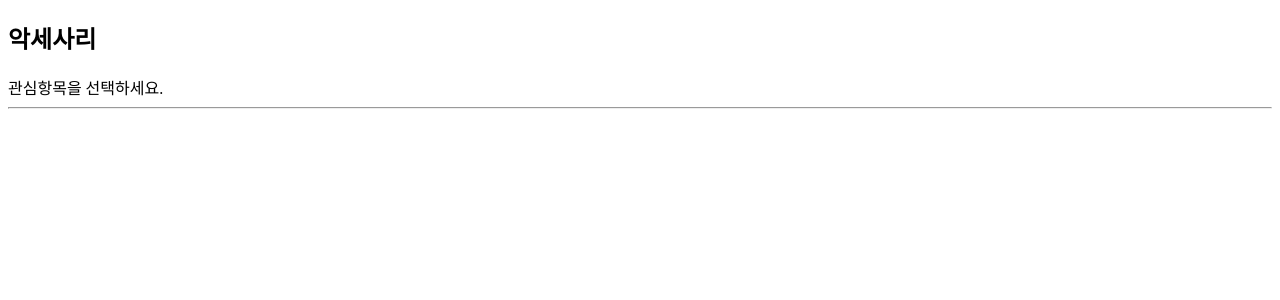
Repository: yjeongyjeong/jsp
Page: http://localhost/web-study-02/05_checkbox.jsp
The author's editor kept a copy of each file at every save. The page is drawn from the files as they stood at one save, then again after the next save.
The browser window is 1280 px wide. The pictures show the whole page.
The page is served by Tomcat 9. Other server files are loaded and not shown.

Above is the page before, as saved 2023-10-10 07:55:43.

### web-study-02/src/main/webapp/05_checkbox.jsp
<%@ page language="java" contentType="text/html; charset=UTF-8"
    pageEncoding="UTF-8"%>
<!DOCTYPE html>
<html>
<head>
<meta charset="UTF-8">
<title>Insert title here</title>
</head>
<body>
<h2>악세사리</h2>
관심항목을 선택하세요.<hr>

</body>
</html>

After the next save:
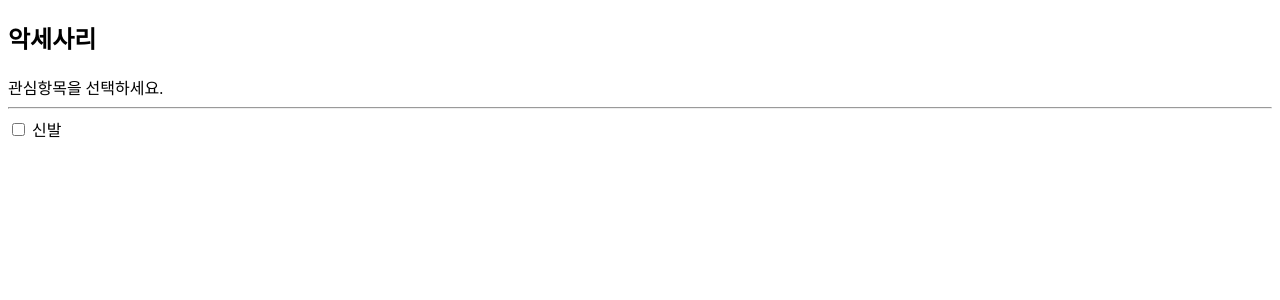
Saved 61 s later.
--- a/web-study-02/src/main/webapp/05_checkbox.jsp
+++ b/web-study-02/src/main/webapp/05_checkbox.jsp
@@ -10,5 +10,10 @@
 <h2>악세사리</h2>
 관심항목을 선택하세요.<hr>
 
+<form action="CheckboxServlet" method="get">
+	<input type="checkbox" name="item" value="신발"> 신발
+
+</form>
+
 </body>
 </html>
